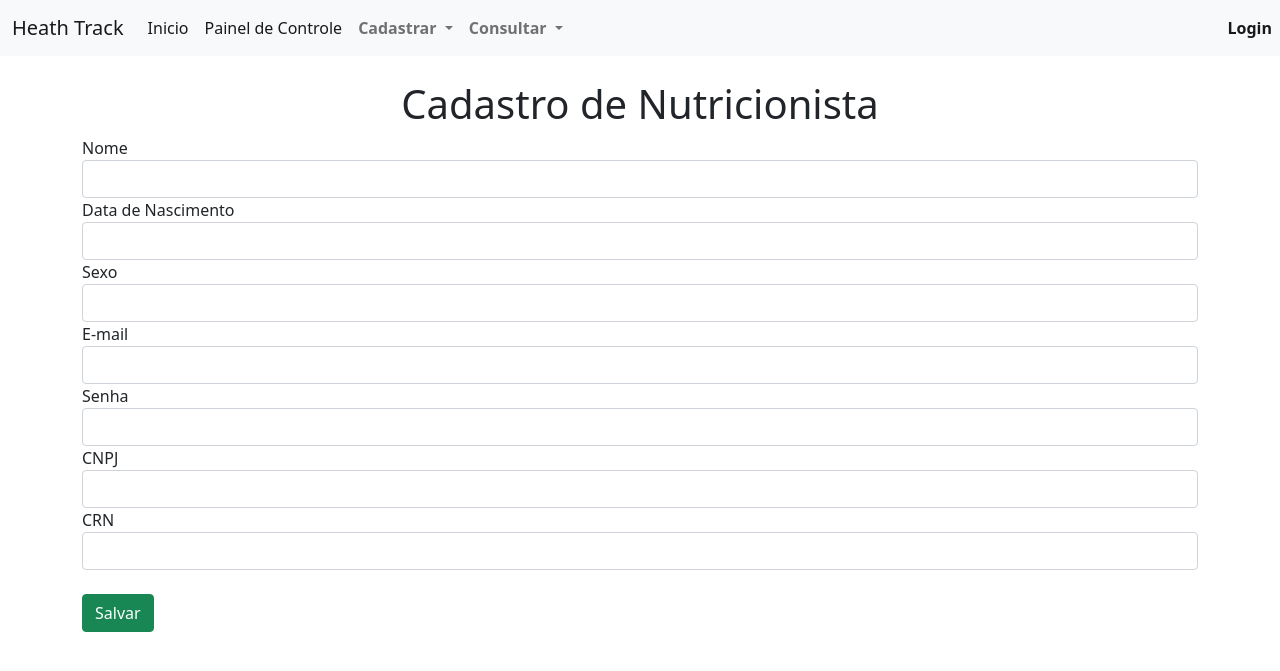
Repository: FellipySantos/HealthTrack_Finalizado
Page: http://localhost/JSPs/cadastro-nutri.jsp
The author's editor kept a copy of each file at every save. The page is drawn from the files as they stood at one save, then again after the next save.
The browser window is 1280 px wide. The pictures show the whole page.
The page is served by Tomcat 9.

Above is the page before, as saved 2021-11-22 23:31:49.

After the next save:
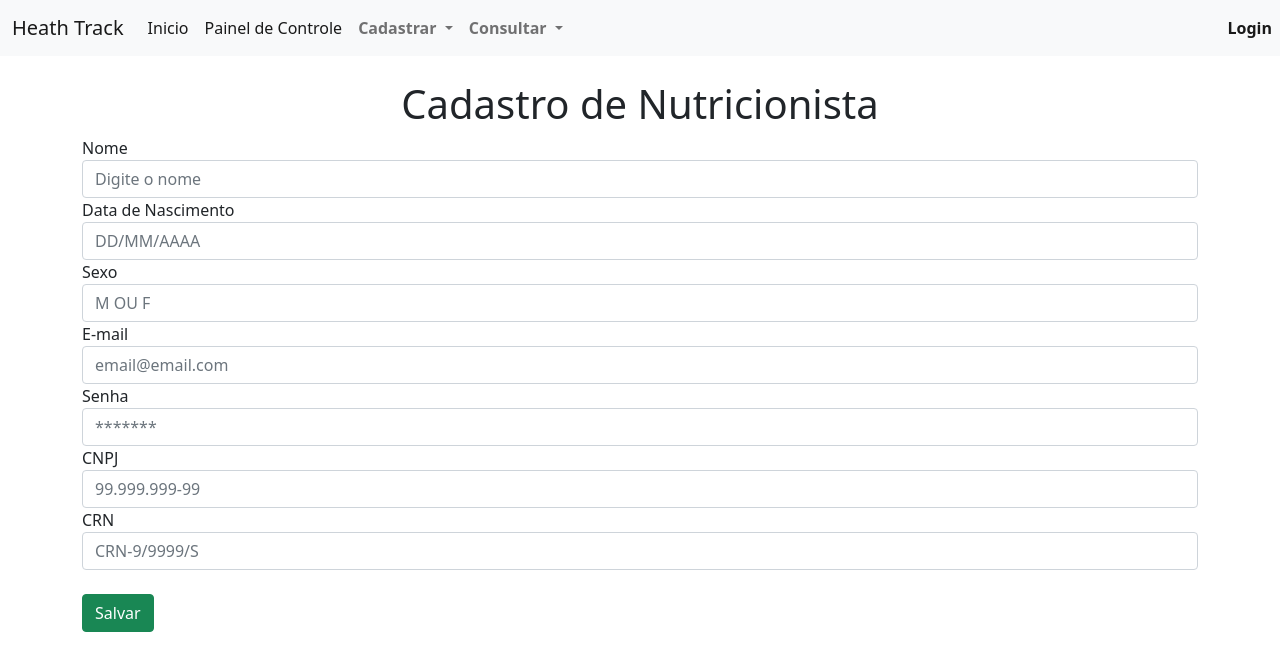
Saved 2 min 28 s later.
--- a/JSP/JSPs/WebContent/cadastro-nutri.jsp
+++ b/JSP/JSPs/WebContent/cadastro-nutri.jsp
@@ -23,31 +23,31 @@
 		<input type="hidden" value="cadastrar" name="acao">
 		<div class="form-group">
 			<label for="id-nome">Nome</label>
-			<input type="text" name="nome" id="id-nome" class="form-control">
+			<input type="text" name="nome" id="id-nome" class="form-control"  placeholder="Digite o nome">
 		</div>
 		<div class="form-group">
 			<label for="id-dtNasc">Data de Nascimento</label>
-			<input type="text" name="dtNasc" id="id-dtNasc" class="form-control">
+			<input type="text" name="dtNasc" id="id-dtNasc" class="form-control"  placeholder="DD/MM/AAAA">
 		</div>
 		<div class="form-group">
 			<label for="id-sexo">Sexo</label>
-			<input type="text" name="sexo" id="id-sexo" class="form-control">
+			<input type="text" name="sexo" id="id-sexo" class="form-control" placeholder="M OU F">
 		</div>
 		<div class="form-group">
 			<label for="id-email">E-mail</label>
-			<input type="text" name="email" id="id-email" class="form-control">
+			<input type="text" name="email" id="id-email" class="form-control" placeholder="email@email.com">
 		</div>
 		<div class="form-group">
 			<label for="id-senha">Senha</label>
-			<input type="text" name="senha" id="id-senha" class="form-control">
+			<input type="text" name="senha" id="id-senha" class="form-control"  placeholder="*******">
 		</div>
 		<div class="form-group">
 			<label for="id-cnpj">CNPJ</label>
-			<input type="text" name="cnpj" id="id-cnpj" class="form-control">
+			<input type="text" name="cnpj" id="id-cnpj" class="form-control"  placeholder="99.999.999-99">
 		</div>
 		<div class="form-group">
 			<label for="id-crn">CRN</label>
-			<input type="text" name="crn" id="id-crn" class="form-control">
+			<input type="text" name="crn" id="id-crn" class="form-control" placeholder="CRN-9/9999/S" >
 		</div>
 
 		<br>
